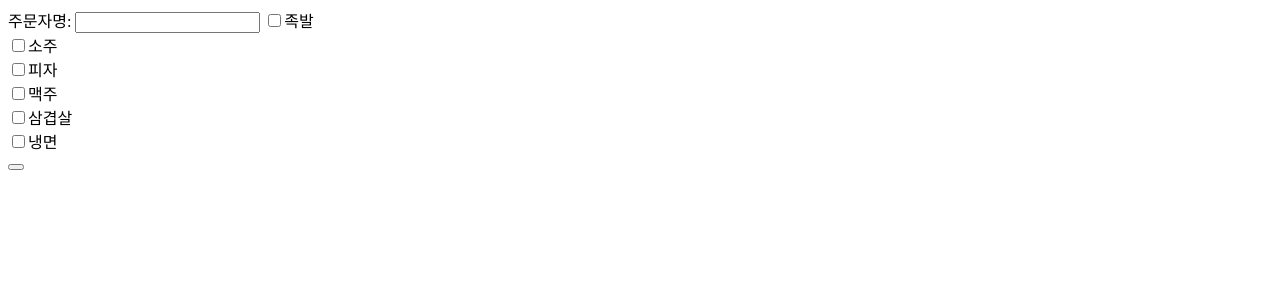
Repository: hwimi/2024-04-12
Page: http://localhost/jstl_study/step-6.jsp
These files come from the project's save history. The page is drawn as it stood at one moment and after a run of saves; the edit follows.
The browser window is 1280 px wide. The pictures show the whole page.
The page is served by Tomcat 9.

Above is the page before, as saved 2024-04-11 04:18:02.

After the next 2 saves:
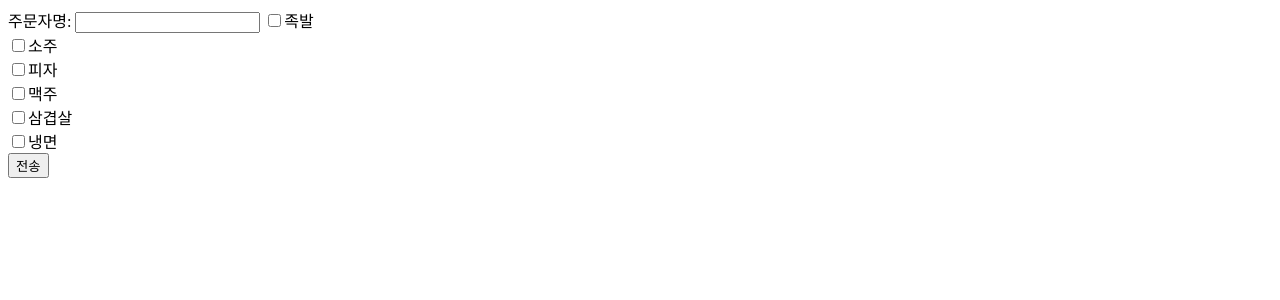
The 2 saves are shown as one change because they came seconds apart.
The last was saved 8 s later.
--- a/jstl_study/src/main/webapp/step-6.jsp
+++ b/jstl_study/src/main/webapp/step-6.jsp
@@ -17,7 +17,7 @@
 	<input type="checkbox" name="food" value="맥주">맥주<br>
 	<input type="checkbox" name="food" value="삼겹살">삼겹살<br>
 	<input type="checkbox" name="food" value="냉면">냉면<br>
-	<button></button>
+	<button type="submit">전송</button>
  </form>
 </body>
 </html>
